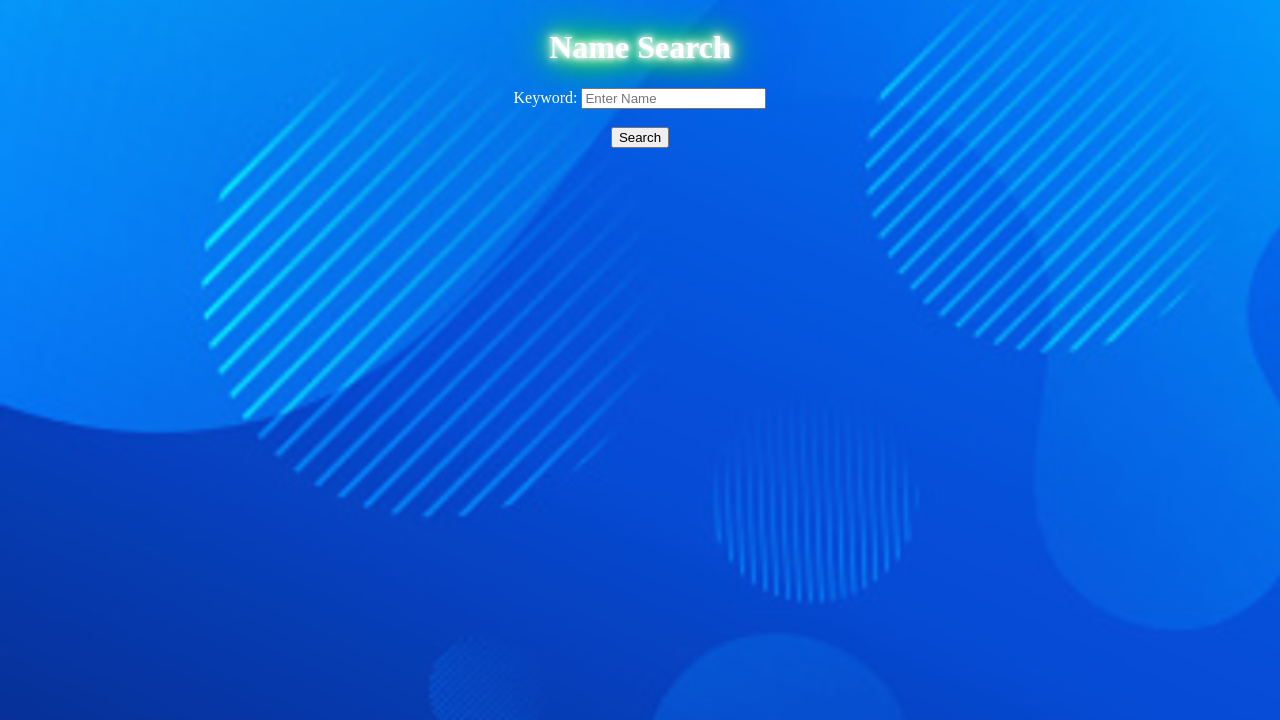
Repository: EricG831/egl1
Page: a3/index.html
The author's editor kept a record of every edit. The page is drawn from the files as they stood at one moment, then again after the next edit.
The browser window is 1280 px wide. The pictures show the whole page.

Above is the page before.

After the next edit:
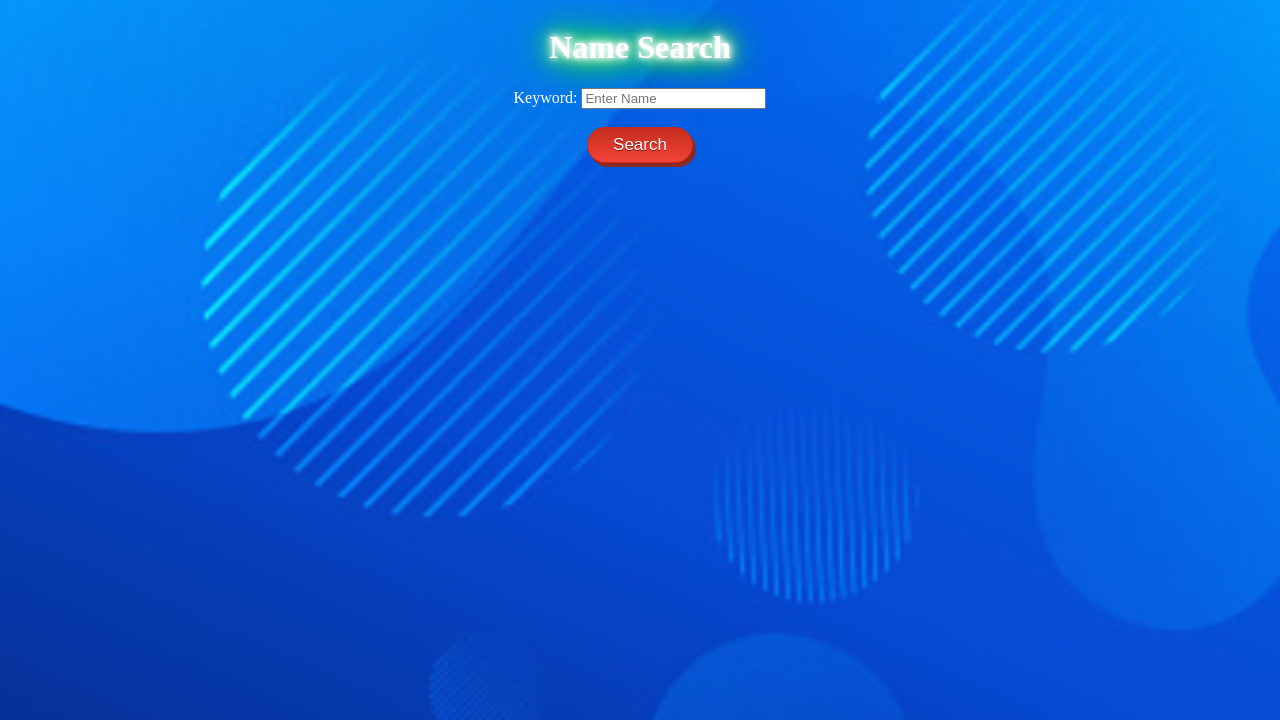
The edit:
--- a/a3/css/app.css
+++ b/a3/css/app.css
@@ -14,3 +14,28 @@ body {
     color: white;
     text-shadow: 0 0 5px #FFF, 0 0 10px #FFF, 0 0 15px #FFF, 0 0 20px #49ff18, 0 0 30px #49FF18, 0 0 40px #49FF18, 0 0 55px #49FF18, 0 0 75px #49ff18;
 }
+
+
+.myButton {
+	box-shadow: 3px 4px 0px 0px #8a2a21;
+	background:linear-gradient(to bottom, #c62d1f 5%, #f24437 100%);
+	background-color:#c62d1f;
+	border-radius:18px;
+	border:1px solid #d02718;
+	display:inline-block;
+	cursor:pointer;
+	color:#ffffff;
+	font-family:Arial;
+	font-size:17px;
+	padding:7px 25px;
+	text-decoration:none;
+	text-shadow:0px 1px 0px #810e05;
+}
+.myButton:hover {
+	background:linear-gradient(to bottom, #f24437 5%, #c62d1f 100%);
+	background-color:#f24437;
+}
+.myButton:active {
+	position:relative;
+	top:1px;
+}
